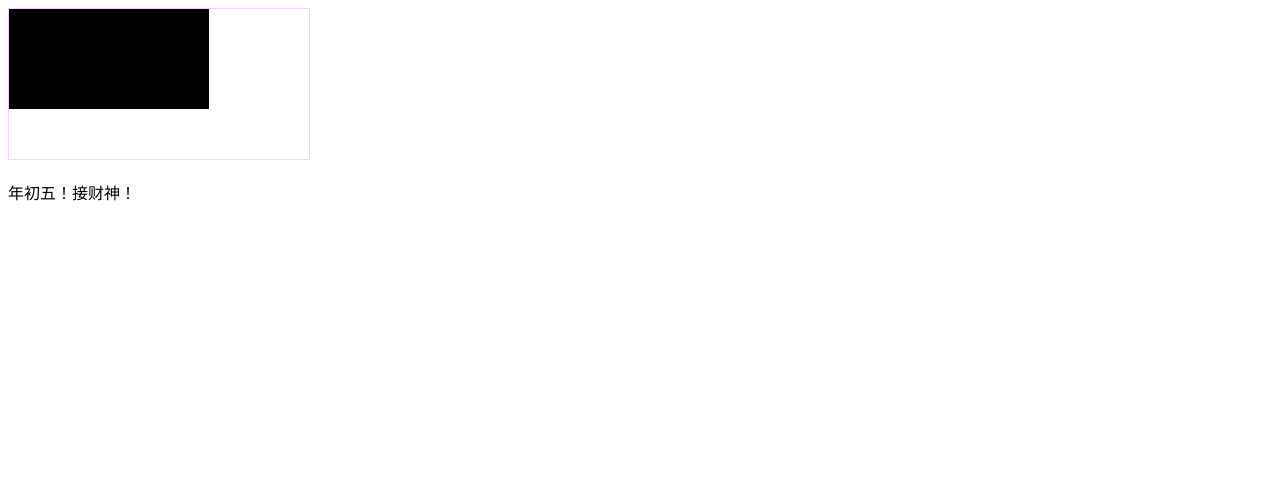
Repository: HyunraDate/ZhongpingShen
Page: index.html
The author's editor kept a copy of each file at every save. The page is drawn from the files as they stood at one save, then again after the next save.
The browser window is 1280 px wide. The pictures show the whole page.

Above is the page before, as saved 2024-02-14 13:39:07.

After the next save:
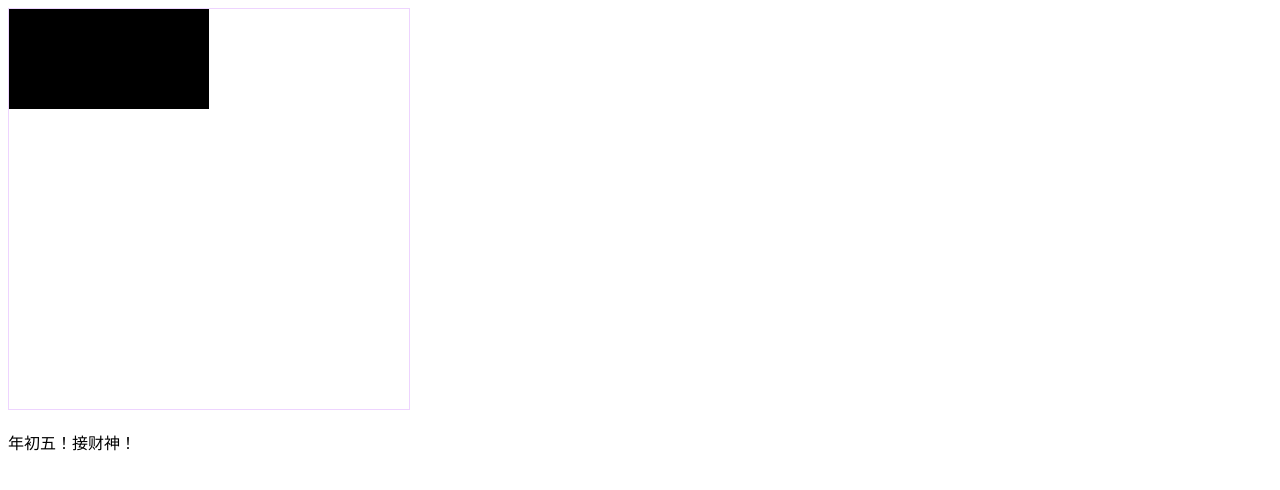
Saved 6 min 34 s later.
--- a/index.html
+++ b/index.html
@@ -24,7 +24,12 @@
         let ctx = canvas.getContext('2d') //WebGL是挂在canvas上面的！
         //详见mdm canvas api
 
-        ctx.fillRect(0, 0, 200, 100) //坐标&边长
+        canvas.width = 400
+        canvas.height = 400
+        //* if u wanna fullview screen
+        //canvas.width = window.innerWidth
+
+        ctx.fillRect(0, 0, 200, 100) //坐标&边长 x, y, w, h. this is normal 2D API
     </script>
 </body>
 </html>
